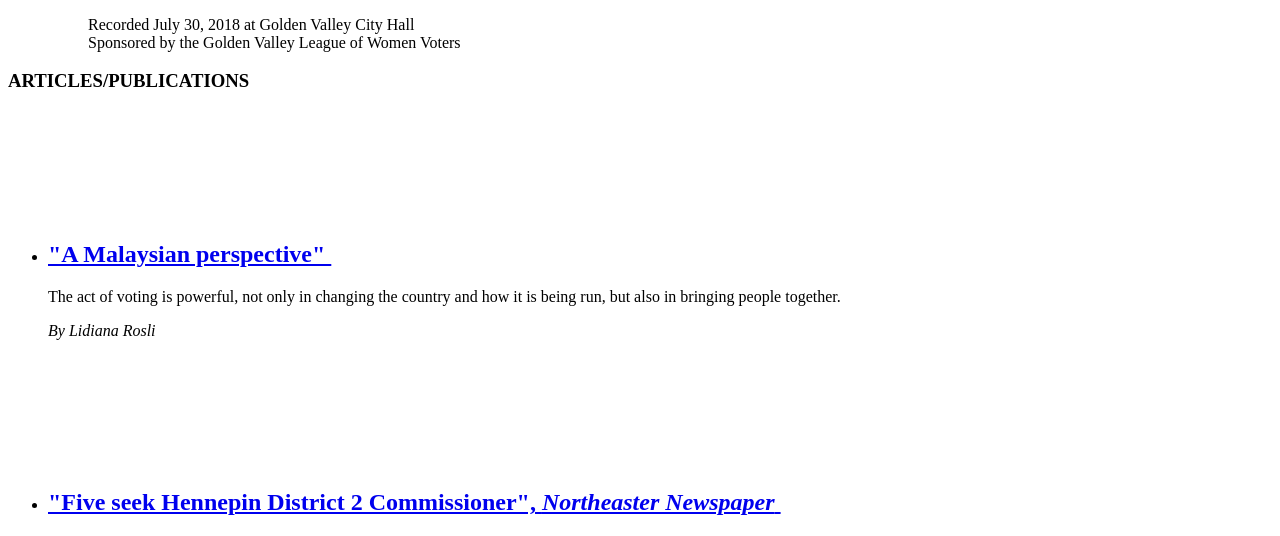
Repository: saomoua/blong-yang
Page: src/partials/content-news-events.html
An editor plug-in stored every save of this project. The page is shown before and after the next save, followed by the edit.
The browser window is 1280 px wide. The pictures show the part of the page from y = 2580 to 3364 px (the page is 3116 px tall before and 3364 px after).

Above is the page before, as saved 2018-09-23 23:53:26.

### src/partials/content-news-events.html
<header class="page-header">
  <div class="grid-container">
    <div class="grid-x">
      <div class="cell">
        <h1 class="title-primary">News/Events</h1>
      </div>
    </div>
  </div>
</header>

<section class="section">
  <div class="grid-container">
    <div class="grid-x">
      <div class="cell">
        <h3 class="title-tertiary">VIDEOS</h3>
        <ul class="list-events">
          <li>
            <h2 class="title-secondary">Blong Yang on this week's episode of Motivation with Ron Henderson</h2>
            <figure class="basic-figure-video">
              <div class="video-schema" itemprop="video" itemscope="" itemtype="http://schema.org/VideoObject">
                <h2 class="video-schema-title show-for-sr" itemprop="name">Blong Yang on this week's episode of Motivation with Ron Henderson</h2>
                <meta itemprop="duration" content="T28M13S">
                <meta itemprop="thumbnailUrl" content="http://i3.ytimg.com/vi/gYj8ilIMXoc/maxresdefault.jpg">
                <meta itemprop="embedURL" content="https://www.youtube.com/embed/gYj8ilIMXoc">
                <meta itemprop="uploadDate" content="2018-09-13T08:00:00+06:00">
                <meta itemprop="height" content="688">
                <meta itemprop="width" content="960">
                <div class="responsive-embed widescreen">
                  <iframe width="960" height="688" src="https://www.youtube.com/embed/gYj8ilIMXoc" frameborder="0" allow="autoplay; encrypted-media" allowfullscreen=""></iframe>
                </div>
                <figcaption class="basic-figcaption">
                  <p itemprop="description">This episode of motivation Motivational speaker Ron Henderson  aka "The Fitness King" get's up close and personal with Blong Yang, who is running for Hennepin county commissioner in district 2</p>
                </figcaption>
              </div>
            </figure>
          </li>
          <li>
            <h2 class="title-secondary">Our campaign video</h2>
            <figure class="basic-figure-video">
              <div class="video-schema" itemprop="video" itemscope="" itemtype="http://schema.org/VideoObject">
                <h2 class="video-schema-title show-for-sr" itemprop="name">Blong Yang for HC Commissioner</h2>
                <meta itemprop="duration" content="T0M59S">
                <meta itemprop="thumbnailUrl" content="http://i3.ytimg.com/vi/embed/HZ3F3z8E0hM/maxresdefault.jpg">
                <meta itemprop="embedURL" content="https://www.youtube.com/embed/HZ3F3z8E0hM">
                <meta itemprop="uploadDate" content="2018-07-20T08:00:00+06:00">
                <meta itemprop="height" content="688">
                <meta itemprop="width" content="960">
                <div class="responsive-embed widescreen">
                  <iframe width="960" height="688" src="https://www.youtube.com/embed/HZ3F3z8E0hM" frameborder="0" allow="autoplay; encrypted-media" allowfullscreen=""></iframe>
                </div>
                <figcaption class="basic-figcaption">
                  <p itemprop="description">Blong Yang, North Minneapolis resident, is running for Hennepin County Commissioner in District 2. Blong explains what a county commissioner does.</p>
                </figcaption>
              </div>
            </figure>
          </li>
          <li>
            <h2 class="title-secondary">Hennepin County Comissioner District 2 primary candidates forum</h2>
            <figure class="basic-figure-video">
              <div class="video-schema" itemprop="video" itemscope="" itemtype="http://schema.org/VideoObject">
                <h2 class="video-schema-title show-for-sr" itemprop="name">Hennepin county commissioner dist 2 primary candidates forum</h2>
                <meta itemprop="duration" content="T1H21M01S">
                <meta itemprop="thumbnailUrl" content="http://i3.ytimg.com/vi/embed/P-ACTYIMjAI/maxresdefault.jpg">
                <meta itemprop="embedURL" content="https://www.youtube.com/embed/P-ACTYIMjAI">
                <meta itemprop="uploadDate" content="2018-07-31T08:00:00+06:00">
                <meta itemprop="height" content="688">
                <meta itemprop="width" content="960">
                <div class="responsive-embed widescreen">
                  <iframe width="960" height="688" src="https://www.youtube.com/embed/P-ACTYIMjAI" frameborder="0" allow="autoplay; encrypted-media" allowfullscreen=""></iframe>
                </div>
                <figcaption class="basic-figcaption">
                  <p itemprop="description">Recorded July 30, 2018 at Golden Valley City Hall<br />Sponsored by the Golden Valley League of Women Voters</p>
                </figcaption>
              </div>
            </figure>
          </li>
        </ul>
      </div>
      <div class="cell">
        <h3 class="title-tertiary">ARTICLES/PUBLICATIONS</h3>
        <ul class="list-events">
          <li>
            <h2 class="title-secondary">
              <a class="links-external" href="https://www.nst.com.my/opinion/columnists/2018/08/402914/malaysian-perspective" target="_blank">"A Malaysian perspective"
              <svg class="svg icon-link-external">
                <use xlink:href="#icon-link-external"></use>
              </svg></a>
            </h2>
            <p>The act of voting is powerful, not only in changing the country and how it is being run, but also in bringing people together.</p>
            <p><em>By Lidiana Rosli</em></p>
          </li>
          <li>
            <h2 class="title-secondary">
              <a href="https://www.mynortheaster.com/news/five-seek-hennepin-district-2-commissioner-post/" class="links-external" target="_blank">"Five seek Hennepin District 2 Commissioner", <em>Northeaster Newspaper</em>
                <svg class="svg icon-link-external"><use xlink:href="#icon-link-external"></use></svg>
              </a>
            </h2>
          </li>
        </ul>
      </div>
    </div>
  </div>
</section>

After the next save:
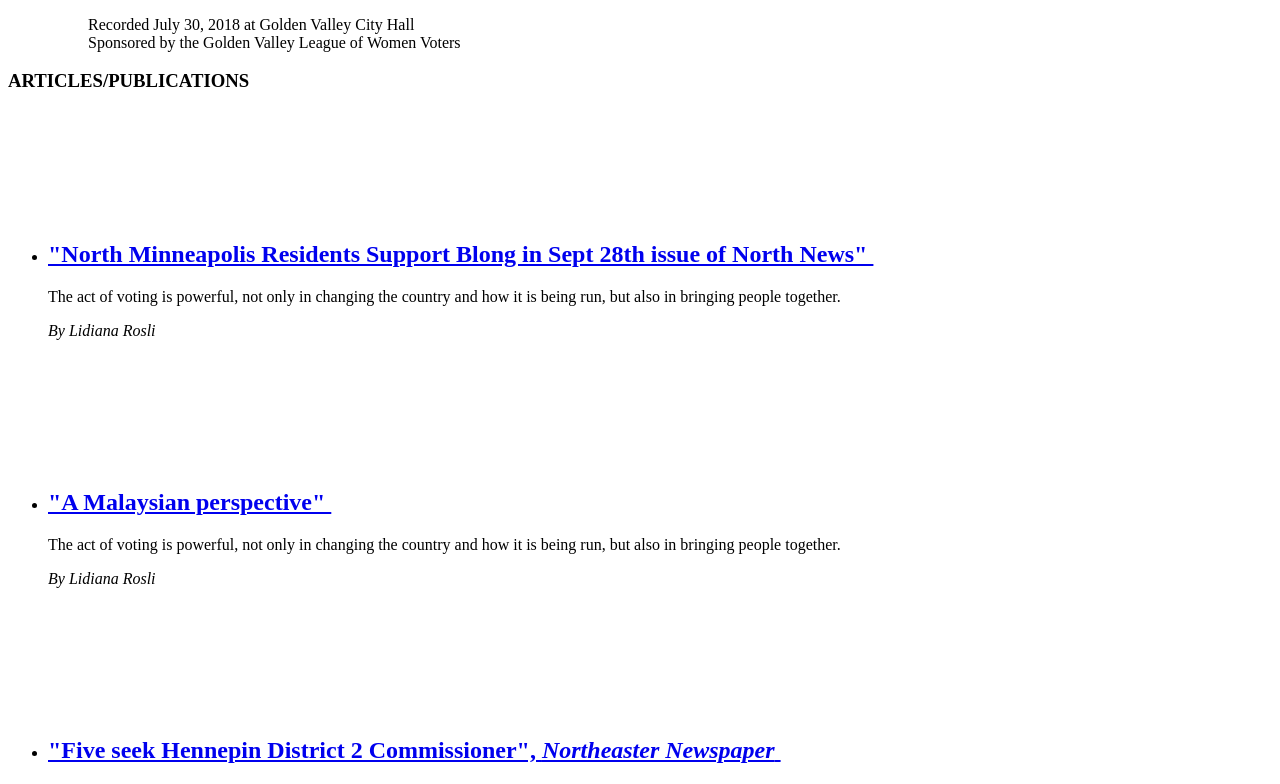
Saved 20 days later.
--- a/src/partials/content-news-events.html
+++ b/src/partials/content-news-events.html
@@ -81,6 +81,16 @@
         <ul class="list-events">
           <li>
             <h2 class="title-secondary">
+              <a class="links-external" href="https://www.nst.com.my/opinion/columnists/2018/08/402914/malaysian-perspective" target="_blank">"North Minneapolis Residents Support Blong in Sept 28th issue of North News"
+              <svg class="svg icon-link-external">
+                <use xlink:href="#icon-link-external"></use>
+              </svg></a>
+            </h2>
+            <p>The act of voting is powerful, not only in changing the country and how it is being run, but also in bringing people together.</p>
+            <p><em>By Lidiana Rosli</em></p>
+          </li>
+          <li>
+            <h2 class="title-secondary">
               <a class="links-external" href="https://www.nst.com.my/opinion/columnists/2018/08/402914/malaysian-perspective" target="_blank">"A Malaysian perspective"
               <svg class="svg icon-link-external">
                 <use xlink:href="#icon-link-external"></use>
